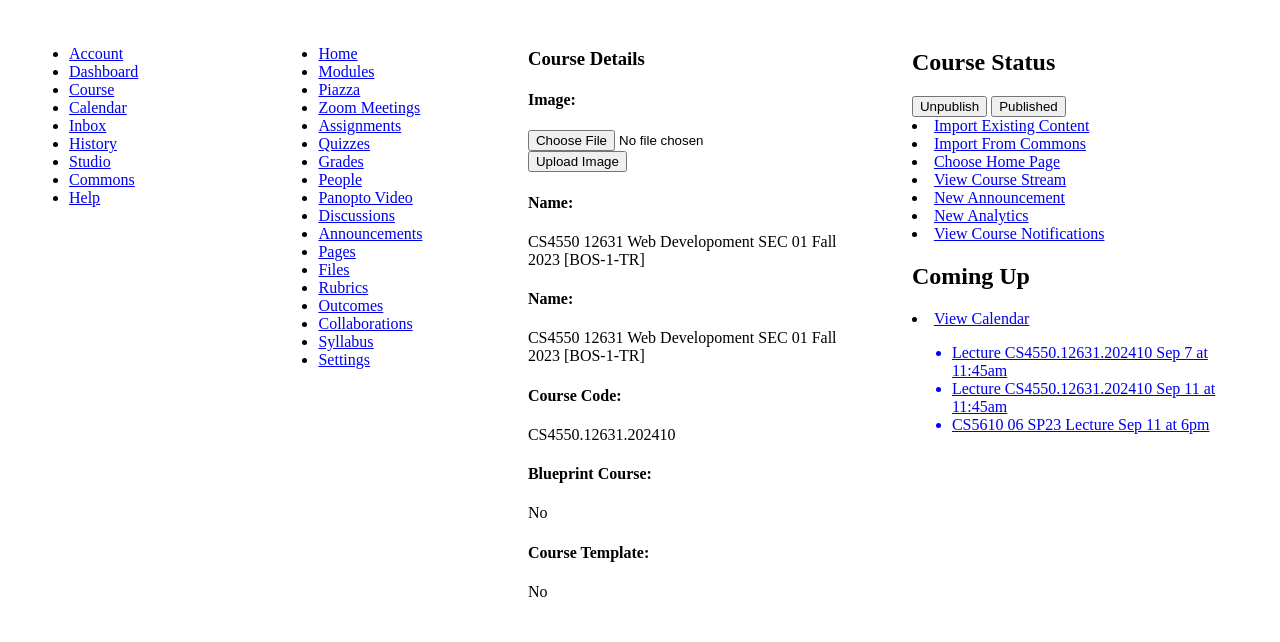
Repository: yuqiant/kanbas-react-web-app
Page: public/kanbas/coursesetting.html
These files come from the project's save history. The page is drawn as it stood at one moment and after the next save; the edit follows.
The browser window is 1280 px wide. The pictures show the whole page.

Above is the page before, as saved 2023-09-16 14:50:51.

### public/kanbas/coursesetting.html
<!DOCTYPE html>
<html lang="en">

<head>
    <meta charset="UTF-8">
    <meta name="viewport" content="width=device-width, initial-scale=1.0">
    <title>Column Interaction</title>
    <style>
        table {
            width: 100%;
            border-collapse: collapse;
        }

        td {
            width: 50%;
            border: 1px solid transparent;
            padding: 20px;
            vertical-align: top;
        }
    </style>
</head>

<body>
    <table>
        <tr>
            <td id="firstColumn" style="width: 150px;">
                <ul>
                    <li><a href="#">Account</a></li>
                    <li><a href="#">Dashboard</a></li>
                    <li><a href="#" onclick="showSecondColumn()">Course</a></li>
                    <li><a href="#">Calendar</a></li>
                    <li><a href="#">Inbox</a></li>
                    <li><a href="#">History</a></li>
                    <li><a href="#">Studio</a></li>
                    <li><a href="#">Commons</a></li>
                    <li><a href="#">Help</a></li>
                </ul>
            </td>
            <td id="secondColumn" style="width: 150px;">
                <ul>
                    <li><a href="#" onclick="showThirdColumn()">Home</a></li>
                    <li><a href="#">Modules</a></li>
                    <li><a href="#">Piazza</a></li>
                    <li><a href="#">Zoom Meetings</a></li>
                    <li><a href="#">Assignments</a></li>
                    <li><a href="#">Quizzes</a></li>
                    <li><a href="#">Grades</a></li>
                    <li><a href="#">People</a></li>
                    <li><a href="#">Panopto Video</a></li>
                    <li><a href="#">Discussions</a></li>
                    <li><a href="#">Announcements</a></li>
                    <li><a href="#">Pages</a></li>
                    <li><a href="#">Files</a></li>
                    <li><a href="#">Rubrics</a></li>
                    <li><a href="#">Outcomes</a></li>
                    <li><a href="#">Collaborations</a></li>
                    <li><a href="#">Syllabus</a></li>
                    <li><a href="#">Settings</a></li>
                </ul>
            </td>
            <td id="thirdColumn" style="width: 250px;">
                <h3>Course Details</h3>

                <h4>Image:</h4>
                <form action="/upload_endpoint" method="post" enctype="multipart/form-data">
                    <input type="file" name="fileToUpload" id="fileToUpload" accept="image/*">
                    <input type="submit" value="Upload Image">
                </form>

                <h4>Name:</h4>
                CS4550 12631 Web Developoment SEC 01 Fall 2023 [BOS-1-TR]

                <h4>Name:</h4>
                CS4550 12631 Web Developoment SEC 01 Fall 2023 [BOS-1-TR]

                <h4>Course Code:</h4>
                CS4550.12631.202410

                <h4>Blueprint Course:</h4> No

                <h4>Course Template:</h4> No
















            </td>
            <td id="fourthColumn" style="width: 250px;">


                <h2>Course Status</h2>
                <button type="button">Unpublish</button>
                <button type="button">Published</button>
                <li><a href="#">Import Existing Content</li>
                <li><a href="#">Import From Commons</li>
                <li><a href="#">Choose Home Page</li>
                <li><a href="#">View Course Stream</li>
                <li><a href="#">New Announcement</li>
                <li><a href="#">New Analytics</li>
                <li><a href="#">View Course Notifications</a></li>


                <h2>Coming Up</h2>
                <li><a href="#">View Calendar
                        <ul>
                            <li>Lecture CS4550.12631.202410 Sep 7 at 11:45am</li>
                            <li>Lecture CS4550.12631.202410 Sep 11 at 11:45am</li>
                            <li>CS5610 06 SP23 Lecture Sep 11 at 6pm</li>
                        </ul>
                </li>



            </td>
        </tr>
    </table>

</body>

</html>

After the next save:
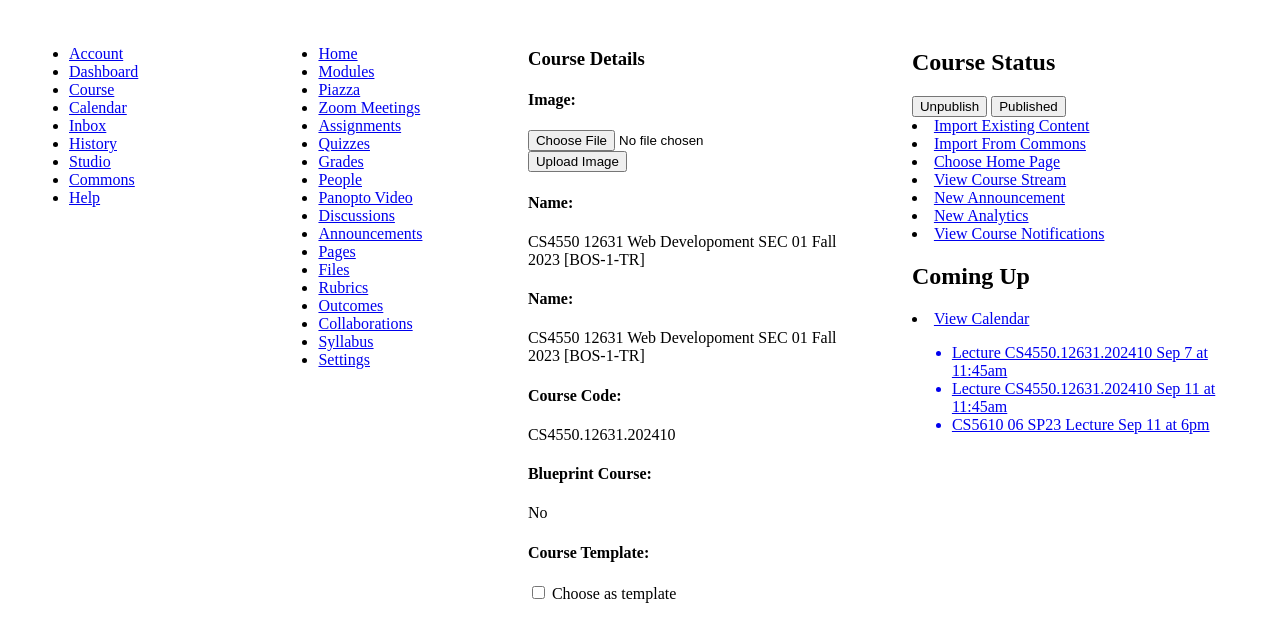
Saved 77 s later.
--- a/public/kanbas/coursesetting.html
+++ b/public/kanbas/coursesetting.html
@@ -78,7 +78,13 @@
 
                 <h4>Blueprint Course:</h4> No
 
-                <h4>Course Template:</h4> No
+                <h4>Course Template:</h4>
+                <form>
+                    <label>
+                        <input type="checkbox" name="templateChoice" value="template1"> Choose as template
+                    </label>
+                </form>
+
 
 
 
